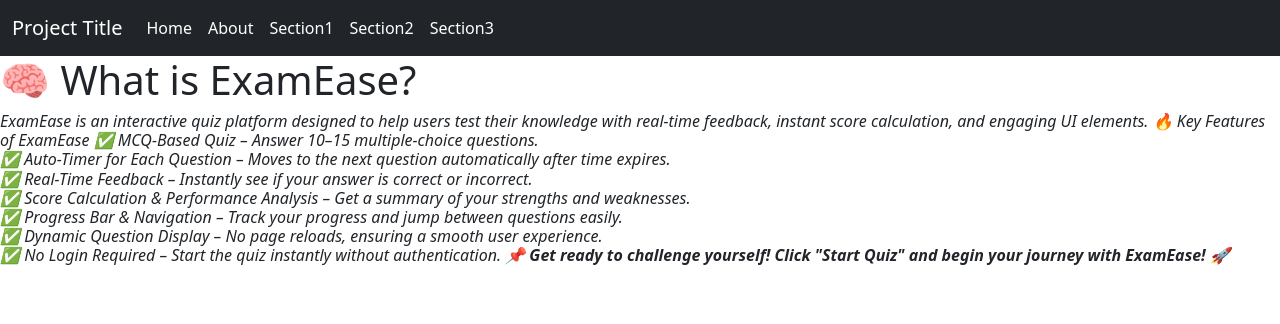
Repository: rahul-chakradhari/devquest
Page: /about (app in project/)
The author's editor kept a copy of each file at every save. The page is drawn from the files as they stood at one save, then again after the next save.
The browser window is 1280 px wide. The pictures show the whole page.
The project was rebuilt for these pictures with package versions that can differ from the ones it lists, and the page was loaded fresh each time. Also part of the build but not shown: project/vite.config.js, project/src/App.css, project/src/components/Home.jsx, project/src/components/Section1.jsx, project/src/components/Section2.jsx, project/src/components/Section3.jsx, project/src/index.css.

Above is the page before, as saved 2025-02-23 13:01:51.

After the next save:
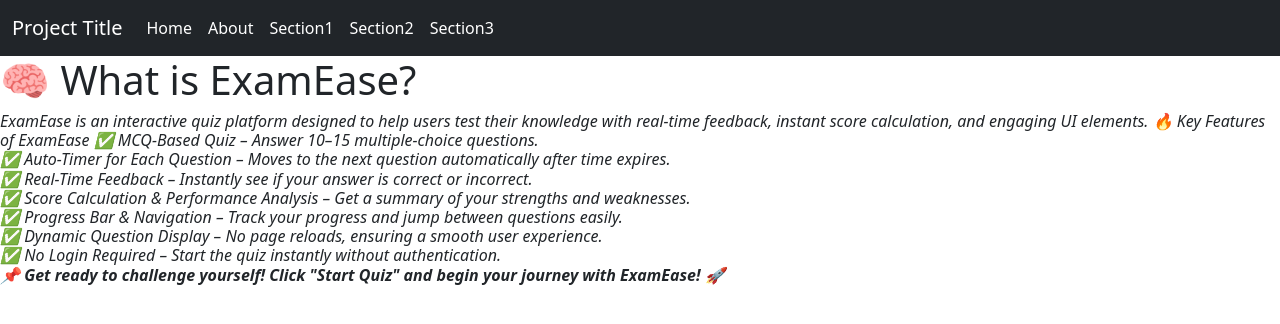
Saved 14 s later.
--- a/project/src/components/About.jsx
+++ b/project/src/components/About.jsx
@@ -17,7 +17,7 @@
           <br /> ✅ Progress Bar & Navigation – Track your progress and jump
           between questions easily. <br /> ✅ Dynamic Question Display – No page
           reloads, ensuring a smooth user experience. <br /> ✅ No Login
-          Required – Start the quiz instantly without authentication.{" "}
+          Required – Start the quiz instantly without authentication. <br />
           <b>
             {" "}
             📌 Get ready to challenge yourself! Click "Start Quiz" and begin
